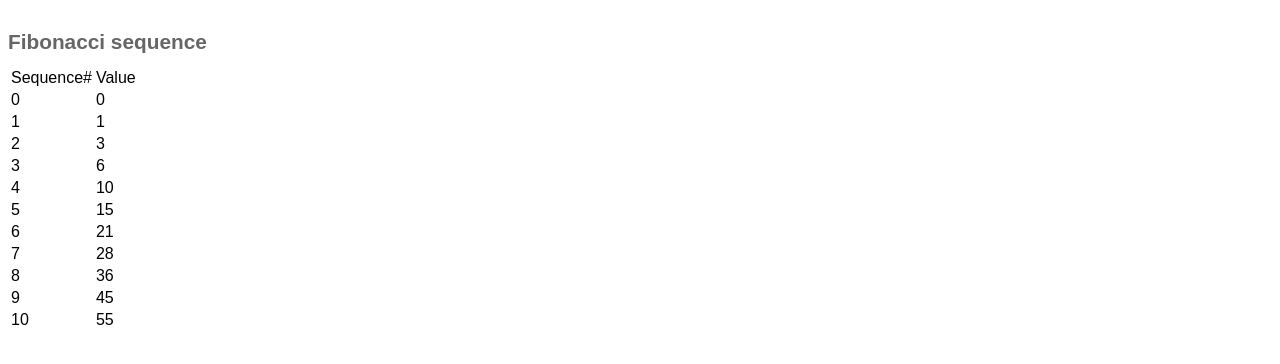
Repository: hhugohm/php_basic
Page: http://localhost/src/fibonnacci.php
The author's editor kept a copy of each file at every save. The page is drawn from the files as they stood at one save, then again after the next save.
The browser window is 1280 px wide. The pictures show the whole page.
The page is run by PHP 8.4 with error messages shown; the project is at /var/www/html/.

Above is the page before, as saved 2017-06-08 22:34:27.

### php_unidad4/src/fibonnacci.php
<html>
	<head>
		<title>Fibonacci sequence</title>
		<link rel="stylesheet"  type="text/css"  href="common.css" />
	</head>

<body>
<h2>Fibonacci sequence</h2>
<?php
$count =0;
$fibonacci=0;
echo "<table>
	<tr>
		<td>Sequence#  </td>
		<td>Value      </td>
	</tr>";
for($count ;$count<11;$count++){
	if($count==0 ){
		$fibonacci=0;
	}
	if($count==1 && $count==2){
		$fibonacci=1;
	}

	else{
		$fibonacci= $fibonacci +$count;
	}
echo "<tr>
		<td>$count</td>
		<td>$fibonacci</td>
	</tr>";
}

echo "</table>";



?>

</body>
</html>

### php_unidad4/src/common.css

/* Page body */
body { font-family: Arial, Helvetica, sans-serif; }

/* Definition lists */
dl { width: 100%; margin: 2em 0; padding: 0; clear: both; overflow: auto; }
dt { width: 30%; float: left; margin: 0; padding: 5px 9.9% 5px 0; border-top: 1px solid #DDDDB7; font-weight: bold; overflow: auto; clear: left; }
dd { width: 60%; float: left; margin: 0; padding: 6px 0 5px 0; border-top: 1px solid #DDDDB7; overflow: auto; }

/* Headings */
h1 { font-weight: bold; margin: 35px 0 14px; color: #666; font-size: 1.5em; }
h2 { font-weight: bold; margin: 30px 0 12px; color: #666; font-size: 1.3em; }
h3 { font-weight: normal; margin: 30px 0 12px; color: #666; font-size: 1.2em; }
h4 { font-weight: bold; margin: 25px 0 12px; color: #666; font-size: 1.0em; }
h5 { font-weight: bold; margin: 25px 0 12px; color: #666; font-size: 0.9em; }

/* Forms */
label { display: block; float: left; clear: both; text-align: right; margin: 0.6em 5px 0 0; width: 40%; }
input, select, textarea { float: right; margin: 1em 0 0 0; width: 57%; }
input { border: 1px solid #666; }
input[type=radio], input[type=checkbox], input[type=submit], input[type=reset], input[type=button], input[type=image] { width: auto; }

After the next save:
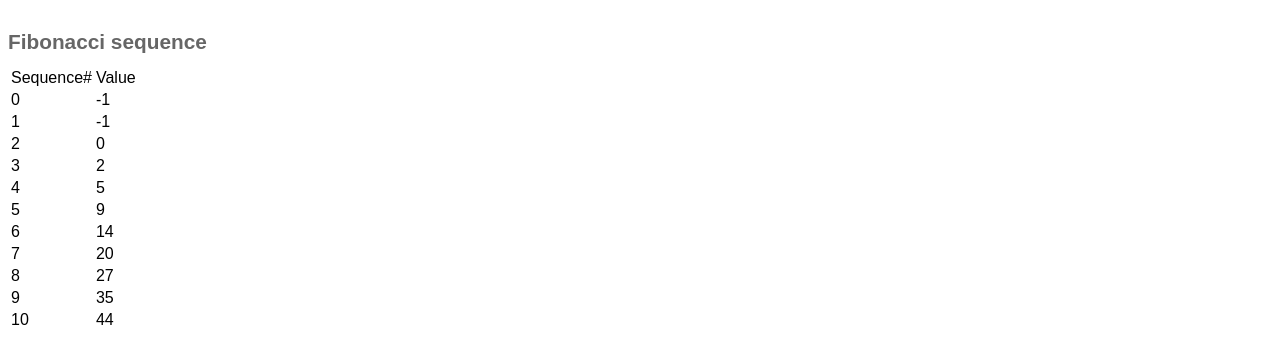
Saved 85 s later.
--- a/php_unidad4/src/fibonnacci.php
+++ b/php_unidad4/src/fibonnacci.php
@@ -23,7 +23,7 @@ for($count ;$count<11;$count++){
 	}
 
 	else{
-		$fibonacci= $fibonacci +$count;
+		$fibonacci= $fibonacci +($count-1);
 	}
 echo "<tr>
 		<td>$count</td>
